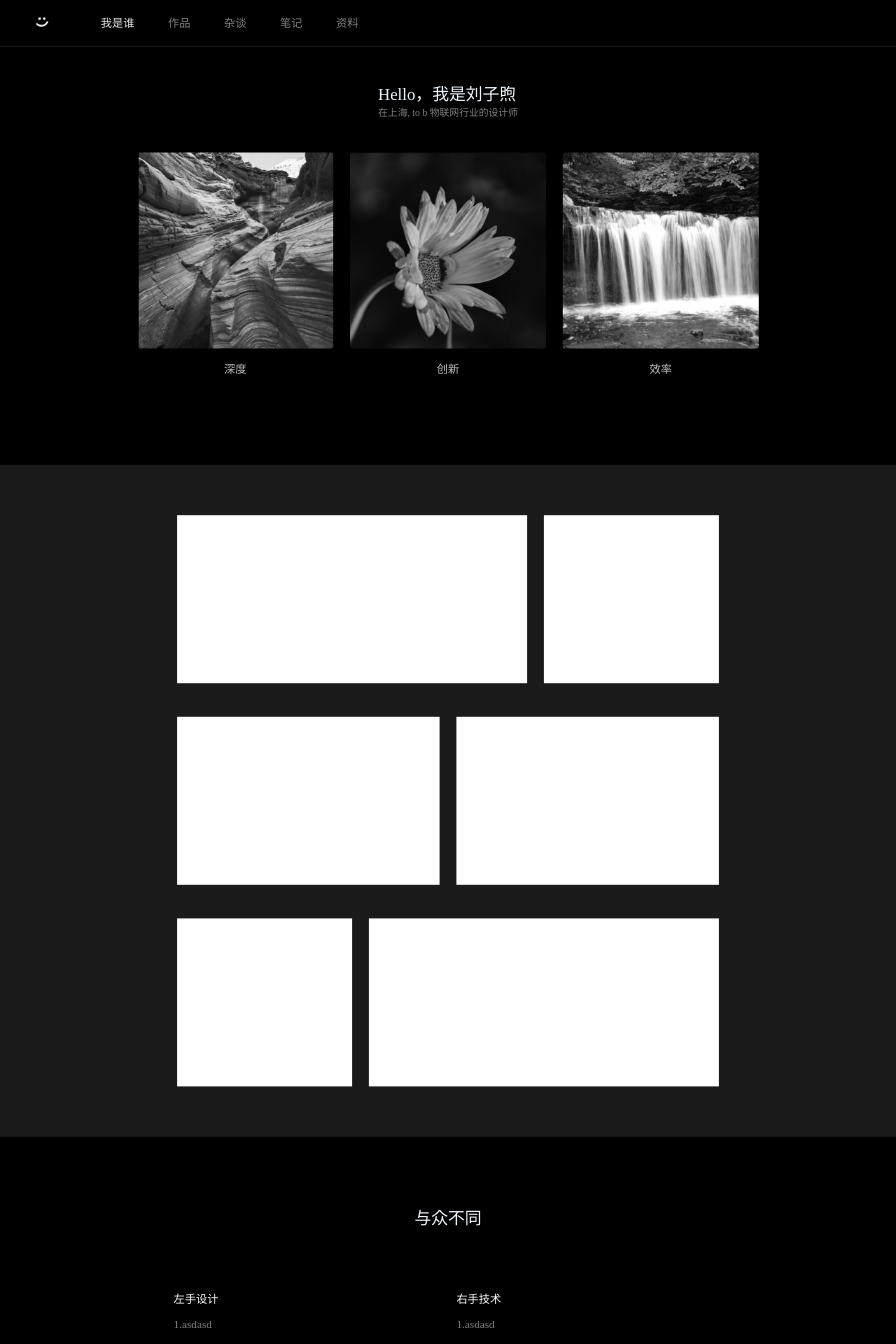
Repository: LiuZixu-aurelio/myblog-Vue
Page: /#/home/who
These files come from the project's save history. The page is drawn as it stood at one moment and after the next save; the edit follows.
The browser window is 1280 px wide. The pictures show the part of the page from y = 0 to 1920 px (the page is 2572 px tall), at 70% of full size.
The project was rebuilt for these pictures with package versions that can differ from the ones it lists, and the page was loaded fresh each time. Also part of the build but not shown: vue.config.js, src/views/PreView.vue, src/components/cardCom.vue, src/views/project.vue, src/views/talk.vue, src/views/sign.vue, src/views/test.vue, src/components/detailCom.vue.

Above is the page before, as saved 2022-08-29 14:14:40.

### src/App.vue
<template>
  <div>
    <!-- <img id='cursor' src="../public/Frame9.png" alt="" /> -->
    <router-view></router-view>
  </div>
</template>

<script>
/* window.onmousemove = function (e) {
  // e是事件对象
  console.log(document.querySelector('img').style.left)
  document.querySelector('img').style.left = e.pageX + 20 + 'px'
  document.querySelector('img').style.top = e.pageY + 20 + 'px'
} */
</script>


<style lang="scss">
* {
    cursor:url('../public/Frame9.svg'), auto;;
  }

/* #cursor {
    position: absolute;
    left: 0;
    top: 0;
} */

body{
  padding: 0px;
  margin: 0px;
  height: auto;
}
.hairlines{
  padding: 0px;
  margin: 0px;
}
#app{
  height: auto;
}

#pre {
  background-color: #000000;
  height: 100vh;

  .liuzixu{
    color: aliceblue;
    padding: 24px;
  }

  .cont{
    color: aliceblue;
    width: 100%;
    text-align: center;
    position: relative;
    top: 100px;
    z-index: 1;
  }

  .test {
  color:rgba(255, 255, 255, 0.5);
  z-index: 1;
  text-align: center;
  position: relative;
  bottom: -150px;
  width: auto;
  height: auto;
  cursor: default;
  font-size: 12px;
  }

  #start{
    width: 74px;
    height: 36px;
    border-radius: 18px;
    border: 1px solid white;
    color: white;
    background: none;
    font-size: 16px;
    margin: 16px 56px;
    position:static;
  }

  #start:hover{
    color: rgb(0,0,0 );
    background: white;
  }
}

.home{
  background-color: rgb(244, 246, 255);
  height: auto;

  .nav {
      background-color: black;
      height: 67px;
      line-height: 67px;
    img {
      margin: 0px 24px;
      position: relative;
      top: 4px;
    }

    .navkuaiu{
      margin: 0px 24px;
      color: rgba(255, 255, 255, 0.5);
      text-decoration: none;
      &.router-link-exact-active{
       color: rgba(255, 255, 255, 0.9);
    }
    }
    .navkuaiu:hover{
      font-size: 16px;
      color: rgba(255, 255, 255, 0.9);
      font-weight: 500;
    }

  }
  .color1{
    background-color: #000
  }

  .color2{
    background-color: rgb(244, 246, 255)
  }

  .whoheigt{height:94vh;

    .whocont{
      width: 92%;
      margin: auto;
      height: 90%;
      text-align: center;
    }

    .whodiv{
      display: inline-block;
      margin: 24px 24px 0px 24px;
      padding-bottom: 0px ;
      max-width: 80%;
      text-align: left;
      color: rgba(255, 255, 255, 0.75)
    }

    img{
      margin: 0px 24px;
      position: relative;
      top: 32px;
    }
  }
}

</style>

### src/router/index.js
import { createRouter, createWebHashHistory } from 'vue-router'
import HomeView from '../views/HomeView.vue'
import whoView from '../views/who.vue'
import PreView from '../views/PreView.vue'
import ProjectView from '../views/project.vue'
import TalkView from '../views/talk.vue'
import SignView from '../views/sign.vue'
import testQ from '../views/test.vue'

import DetailCom from '../components/detailCom.vue'

import { scard1, scard3 } from '../pages/zhihu.js'
import { scard1t, scard3t } from '../pages/talk-ux.js'
import { scardInfor1, scardInfor3 } from '../pages/infor.js'
import { extest1, extest3 } from '../pages/testhub.js'
import { button1, button3 } from '../pages/c-button'
import { signProduct1, signProduct3 } from '../pages/sign-product.js'
import { signBlender1, signBlender3 } from '../pages/sign-blender.js'
import { talkResponsive1, talkResponsive3 } from '../pages/talk-responsive.js'
import { signSAP1, signSAP3 } from '../pages/sign-sap.js'
import { signSalesforce1, signSalesforce3 } from '../pages/sign-salesforce.js'






const routes = [
  {
    path: '/', redirect: '/pre'
  },
  {
    path: '/pre',
    name: 'pre',
    component: PreView
  },
  {
    path: '/home',
    name: 'home',
    component: HomeView,
    children: [
      {
        path: '/home/who',
        name: 'homewho',
        component: whoView
      },
      {
        path: '/home/project',
        name: 'project',
        component: ProjectView,
      },
      {
        path: '/home/project/ZHIHU',
        name: 'ZHIHU',
        props: { na:scard1,im:scard3 },
        component: DetailCom
      },
      {
        path: '/home/project/test',
        name: 'testhub',
        props: { na:extest1,im:extest3 },
        component: DetailCom,
      },
      {
        path: '/home/project/infor',
        name: 'infor',
        props: { na:scardInfor1,im:scardInfor3 },
        component: DetailCom,
      },
      {
        path: '/home/talk',
        name: 'talk',
        component: TalkView,
      },
      {
        path: '/home/talk/DetailYHTYQT',
        name: 'Detail',
        props: { na:scard1t,im:scard3t },
        component: DetailCom
      },
      {
        path: '/home/talk/cbutton',
        name: 'cbutton',
        props: { na:button1,im:button3 },
        component: DetailCom
      },
      {
        path: '/home/talk/talk-responsive',
        name: 'talk-responsive',
        props: { na:talkResponsive1,im:talkResponsive3 },
        component: DetailCom
      },
      {
        path: '/home/sign',
        name: 'sign',
        component: SignView
      },
      {
        path: '/home/sign/sign-sap',
        name: 'sign-sap',
        props: { na:signSAP1,im:signSAP3 },
        component: DetailCom
      },
      {
        path: '/home/sign/sign-salesforce',
        name: 'sign-salesforce',
        props: { na:signSalesforce1,im:signSalesforce3 },
        component: DetailCom
      },
      {
        path: '/home/sign/sign-product',
        name: 'sign-product',
        props: { na:signProduct1,im:signProduct3 },
        component: DetailCom
      },
      {
        path: '/home/sign/sign-blender',
        name: 'sign-blender',
        props: { na:signBlender1,im:signBlender3 },
        component: DetailCom
      }
    ]
  },

  {
    path: '/testQ',
    name: 'testQ',
    component: testQ
  }
]

const router = createRouter({
  history: createWebHashHistory(),
  routes
})

export default router

### src/views/HomeView.vue
<template>
  <div class="home">
        <div class="nav">
            <router-link to="/" class="navkuaiu">
              <img src="../assets/smal-logo.png">
            </router-link>
            <router-link to="/home/who" class="navkuaiu">我是谁</router-link>
            <router-link to="/home/project" class="navkuaiu">作品</router-link>
            <router-link to="/home/talk" class="navkuaiu" v-if="'/home/talk'!=undefined">杂谈</router-link>
            <router-link to="/home/sign" class="navkuaiu">笔记</router-link>
            <a href="https://liuzixu-aurelio.github.io/designcollection/" class="navkuaiu" target="_blank">资料</a>
        </div>
        <router-view></router-view>
      <div></div>
  </div>
</template>

<script>

export default {
  name: 'HomeView',
  components: {}
}
</script>

<style>

</style>

### src/views/who.vue
<template>
<div id="who">
  <div class="title">
    Hello，我是刘子煦
    <div>在上海, to b 物联网行业的设计师</div>
  </div>
  <div id="character">
    <div>
      <div id="a1"></div>
      <p>深度</p>
    </div>
    <div>
      <div id="b1"></div>
      <p>创新</p>
    </div>
    <div>
      <div id="c1"></div>
      <p>效率</p>
    </div>
  </div>
  <div class="project">
    <div>
      <div id="a2"></div>
      <div id="b2"></div>
    </div>
    <div>
      <div id="a3"></div>
      <div id="b3"></div>
    </div>
    <div>
      <div id="a4"></div>
      <div id="b4"></div>
    </div>
  </div>
  <div id="tedian">
    <div class="title">与众不同</div>
    <div id="tedian2">
      <div class="tedian3">
        <div>左手设计</div>
        <ul>1.asdasd</ul>
        <ul>2.asdasd</ul>
        <ul>3.asdasd</ul>
      </div>
      <div class="tedian3">
        <div>右手技术</div>
        <ul>1.asdasd</ul>
        <ul>2.asdasd</ul>
        <ul>3.asdasd</ul>
      </div>
    </div>
  </div>
  <div class="project">
    <div class="title">联系方式</div>
    <div id="tedian2">
      <div class="tedian3">
        <div>email：liuzixuitalia@163.com</div>
        <div>email：liuzixuitalia@163.com</div>
        <div>email：liuzixuitalia@163.com</div>
      </div>
      <div class="tedian3">
        <div id="erweima"></div>
      </div>
    </div>
  </div>
</div>

</template>

<script>


export default {
  name: "whoView",
  components: {},
  mounted(){

  },
  methods: {
  },
  data() {
  },
};
</script>

<style>
#who {
  background-color: rgb(0, 0, 0);
  height: auto;
  display: flex;
  align-items: center;
  flex-wrap: wrap;
  flex-direction: column
}
.title {
  display: block;
  color: aliceblue;
  justify-content: center;
  align-items: center;
  margin: 48px 0px 0px 0px;
  font-size: 24px;
  flex-wrap: wrap

}
.title>div{
  font-size: 14px;
  color: rgba(255, 255, 255, 0.5);
}

#character {
  display: flex;
  margin: 48px 0px;
}

#character>div {
  width: 280px;
  height: 350px;
  margin: 0px 12px;
  display: flex;
  flex-direction: column;
  align-items: center
}
#character>div>p {
  color:rgba(255, 255, 255, 0.75);

}
#a1 {
  width: 280px;
  height: 280px;
  background-image: url('../assets/who/c2.png');
  background-size: 300px 300px;
  border-radius: 4px;
}
#b1 {
  width: 280px;
  height: 280px;
  background-image: url('../assets/who/c3.png');
  background-size: 300px 300px;
  border-radius: 4px;
}
#c1 {
  width: 280px;
  height: 280px;
  background-image: url('../assets/who/c1.png');
  background-size: 300px 300px;
  border-radius: 4px;
}

.project {
  background-color: rgba(255, 255, 255, 0.1);
  display: flex;
  flex-direction: column;
  width: 100%;
  padding: 48px 0px;
  margin: 48px 0px;
}

.project>div {
  height: auto;
  margin: 24px 0px;
  display: flex;
  justify-content: center;
}

#a2 {
  background-color: #fff;
  width: 500px;
  height: 240px;
}
#b2 {
  margin-left: 24px;
  background-color: #fff;
  width: 250px;
  height: 240px;
}
#a3 {
  background-color: #fff;
  width: 375px;
  height: 240px;
}
#b3 {
  margin-left: 24px;
  background-color: #fff;
  width: 375px;
  height: 240px;
}
#a4 {
  background-color: #fff;
  width: 250px;
  height: 240px;
}
#b4 {
  margin-left: 24px;
  background-color: #fff;
  width: 500px;
  height: 240px;
}

#tedian {
  margin-bottom: 48px;
  display: flex;
  flex-direction: column;
  align-items: center
}
#tedian2 {
  display: flex;
  margin-top: 48px;
}
.tedian3 {
  /* border: 1px solid red; */
  width: 380px;
  margin: 24px 12px;
}
.tedian3>div {
  color: #fff;
  font-size: 16px;
  margin-top: 16px;
}
.tedian3>ul {
  color: rgba(255, 255, 255, 0.5);
  padding: 0px;
}

#erweima {
  width: 100px;
  height: 100px;
  background-image: url('../assets/who/wc.png');
  background-size: 100px 100px
}
</style>

### src/pages/c-button.js
const button1 = '组件-按钮的剖析'

const aa = require("/src/assets/button.png")
const ab = 'url(' + aa +')'
const button2 = {backgroundImage: ab}

const button4 = '/home/talk/cbutton'

const a0 = require('/src/assets/button.png')
const a = require('/src/assets/button1.png')
const a1 = require('/src/assets/button2.png')
const a2 = require('/src/assets/button3.png')
const a3 = require('/src/assets/button4.png')
const a4 = require('/src/assets/button5.png')
const a5 = require('/src/assets/button6.png')
const a6 = require('/src/assets/button7.png')
const a7 = require('/src/assets/button8.png')
const button3 = [a0,a,a1,a2,a3,a4,a5,a6,a7]

export { button1 } // 标题
export { button2 } // 卡片背景
export { button3 } // 页面内容
export { button4 } // 路径

### src/pages/sign-product.js
const signProduct1 = '笔记-产品书籍&讲座'

const aa = require("/src/assets/sign/sign-product.png")
const ab = 'url(' + aa +')'
const signProduct2 = {backgroundImage: ab}

const signProduct4 = '/home/sign/sign-product'

const a0 = require('/src/assets/sign/sign-product.png')
const a = require('/src/assets/sign/sign-product1.png')
const a1 = require('/src/assets/sign/sign-product2.png')
const a2 = require('/src/assets/sign/sign-product3.png')
const signProduct3 = [a0,a,a1,a2]

export { signProduct1 } // 标题
export { signProduct2 } // 卡片背景
export { signProduct3 } // 页面内容
export { signProduct4 } // 路径

### src/pages/sign-blender.js
// 1.设置本页
// 2.配置路由
// 3.放入列表页

const signBlender1 = '笔记-blender'

const aa = require("/src/assets/sign/sign-blender.png")
const signBlender2 = {backgroundImage: 'url(' + aa +')'}

const signBlender3 =[
    require('/src/assets/sign/sign-blender.png'),
    require('/src/assets/sign/sign-blender1.png'),
    require('/src/assets/sign/sign-blender2.png'),
    require('/src/assets/sign/sign-blender3.png'),
    require('/src/assets/sign/sign-blender4.png'),
    require('/src/assets/sign/sign-blender5.png')
]

const signBlender4 = '/home/sign/sign-blender'

export { signBlender1 } // 标题
export { signBlender2 } // 卡片背景
export { signBlender3 } // 页面内容
export { signBlender4 } // 路径

### src/pages/talk-responsive.js
// 1.设置本页
// 2.配置路由
// 3.放入列表页

const talkResponsive1 = '组件-布局响应式'

const aa = require("/src/assets/talk/talk-responsive.png")
const talkResponsive2 = {backgroundImage: 'url(' + aa +')'}

const talkResponsive3 =[
    require('/src/assets/talk/talk-responsive.png'),
    require('/src/assets/talk/talk-responsive1.png'),
    require('/src/assets/talk/talk-responsive2.png'),
    require('/src/assets/talk/talk-responsive3.png'),
    require('/src/assets/talk/talk-responsive4.png')
]

const talkResponsive4 = '/home/talk/talk-responsive'

export { talkResponsive1 } // 标题
export { talkResponsive2 } // 卡片背景
export { talkResponsive3 } // 页面内容
export { talkResponsive4 } // 路径

### src/pages/sign-sap.js
const signSAP1 = '笔记-SAP设计系统'

const aa = require("/src/assets/sign/sign-sap.png")
const ab = 'url(' + aa +')'
const signSAP2 = {backgroundImage: ab}

const signSAP4 = '/home/sign/sign-sap'

const signSAP3 =[
    require('/src/assets/sign/sign-sap.png'),
    require('/src/assets/sign/sign-sap1.png'),
    require('/src/assets/sign/sign-sap2.png'),
    require('/src/assets/sign/sign-sap3.png'),
    require('/src/assets/sign/sign-sap4.png'),
    require('/src/assets/sign/sign-sap5.png'),
    require('/src/assets/sign/sign-sap6.png')
]

export { signSAP1 } // 标题
export { signSAP2 } // 卡片背景
export { signSAP3 } // 页面内容
export { signSAP4 } // 路径

### src/pages/sign-salesforce.js
// 1.设置本页
// 2.配置路由
// 3.放入列表页

const signSalesforce1 = '设计系统-salesforce'

const aa = require("/src/assets/sign/sign-salesforce.png")
const signSalesforce2 = {backgroundImage: 'url(' + aa +')'}

const signSalesforce3 =[
    require('/src/assets/sign/sign-salesforce.png'),
    require('/src/assets/sign/sign-salesforce1.png'),
    require('/src/assets/sign/sign-salesforce2.png'),
    require('/src/assets/sign/sign-salesforce3.png'),
    require('/src/assets/sign/sign-salesforce4.png'),
    require('/src/assets/sign/sign-salesforce5.png'),
    require('/src/assets/sign/sign-salesforce6.png'),
    require('/src/assets/sign/sign-salesforce7.png')
]

const signSalesforce4 = '/home/sign/sign-salesforce'

export { signSalesforce1 } // 标题
export { signSalesforce2 } // 卡片背景
export { signSalesforce3 } // 页面内容
export { signSalesforce4 } // 路径

Loaded but not shown: public/index.html (common file); src/main.js (common file); src/pages/infor.js (no copy from this time; the picture is the same without it); src/pages/talk-ux.js (no copy from this time; the picture is the same without it); src/pages/testhub.js (no copy from this time; the picture is the same without it); src/pages/zhihu.js (no copy from this time; the picture is the same without it)

After the next save:
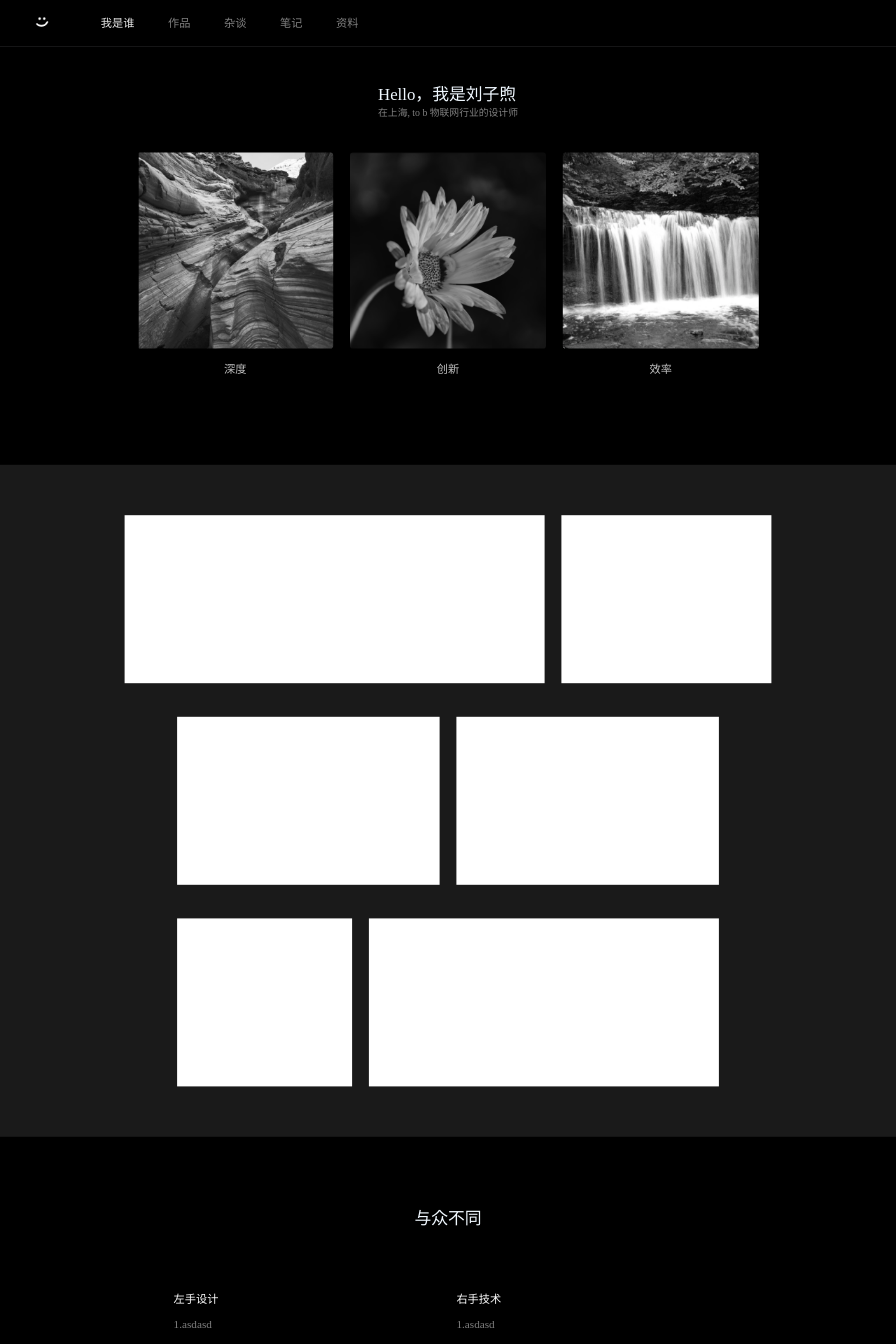
Saved 63 min 46 s later.
--- a/src/views/who.vue
+++ b/src/views/who.vue
@@ -163,13 +163,13 @@
 
 #a2 {
   background-color: #fff;
-  width: 500px;
+  width: 600px;
   height: 240px;
 }
 #b2 {
   margin-left: 24px;
   background-color: #fff;
-  width: 250px;
+  width: 300px;
   height: 240px;
 }
 #a3 {
